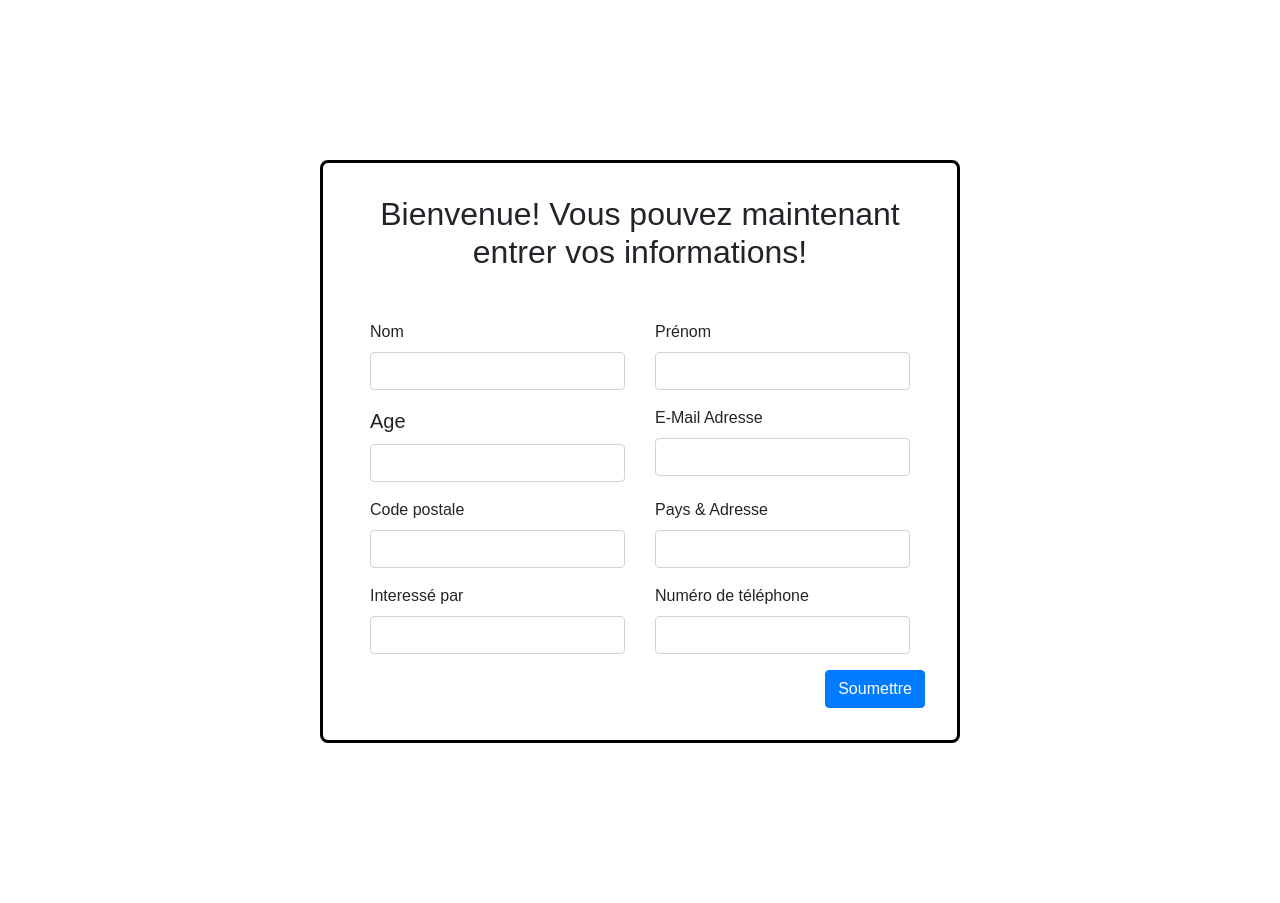
Repository: Aminox84/frontend-main
Page: /, after clicking the first element matching `button.btn`
An editor plug-in stored every save of this project. The page is shown before and after the next save, followed by the edit.
The browser window is 1280 px wide. The pictures show the whole page.
The project was rebuilt for these pictures with package versions that can differ from the ones it lists, and the page was loaded fresh each time.

Above is the page before, as saved 2022-12-29 19:59:13.

After the next save:
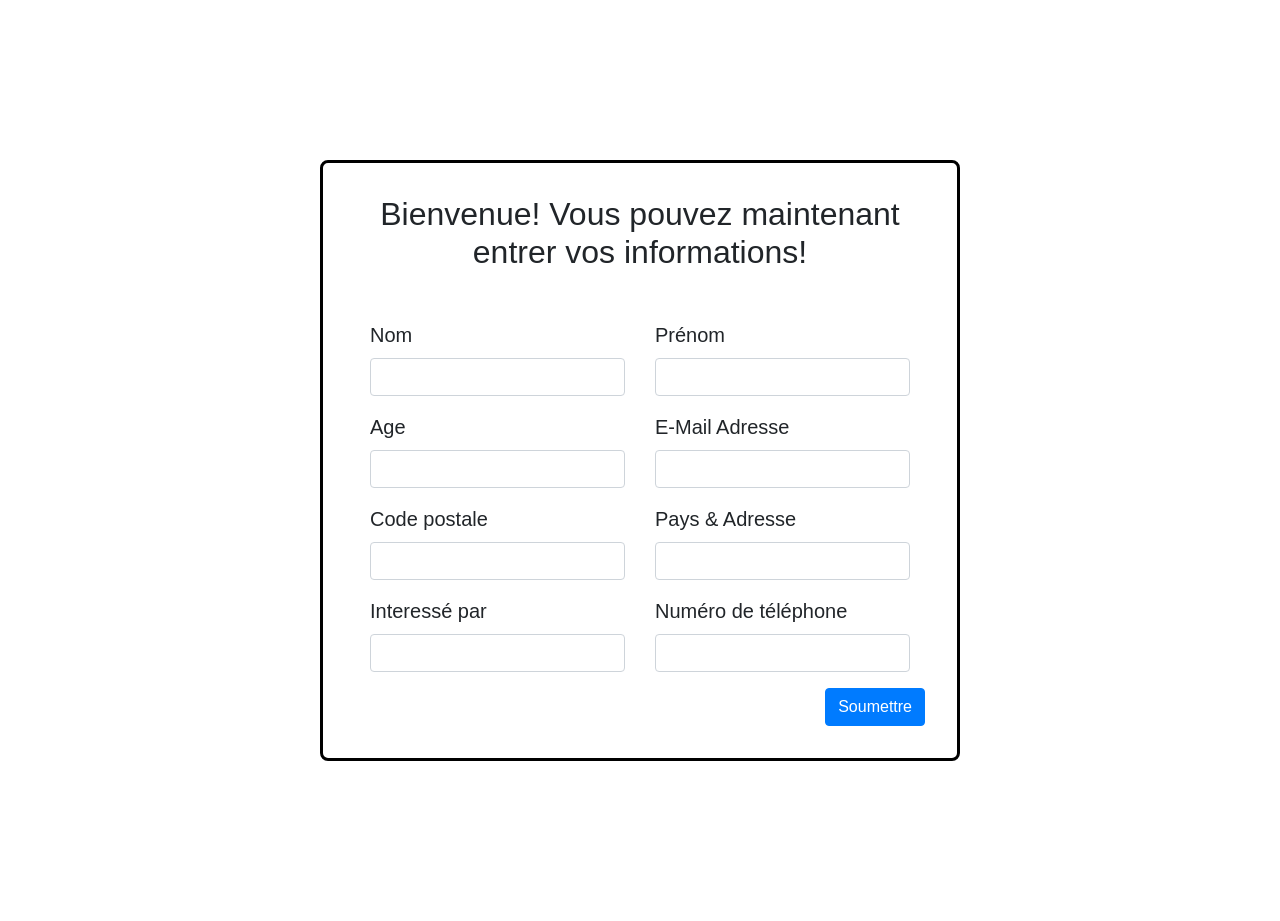
Saved 30 s later.
--- a/src/userForm.tsx
+++ b/src/userForm.tsx
@@ -8,7 +8,7 @@ export function UserForm() {
   <div className="row">
     <div className="col">
     <div className="form-group">
-          <label htmlFor="exampleInputPassword1">Nom</label>
+          <label style={{fontSize:"20px"}} htmlFor="exampleInputPassword1">Nom</label>
           <input
             type="text"
             className="form-control"
@@ -18,7 +18,7 @@ export function UserForm() {
     </div>
     <div className="col">
     <div className="form-group">
-          <label htmlFor="exampleInputPassword1">Prénom</label>
+          <label style={{fontSize:"20px"}} htmlFor="exampleInputPassword1">Prénom</label>
           <input
             type="text"
             className="form-control"
@@ -40,7 +40,7 @@ export function UserForm() {
     </div>
     <div className="col">
     <div className="form-group">
-          <label htmlFor="exampleInputPassword1">E-Mail Adresse</label>
+          <label style={{fontSize:"20px"}} htmlFor="exampleInputPassword1">E-Mail Adresse</label>
           <input
             type="text"
             className="form-control"
@@ -52,7 +52,7 @@ export function UserForm() {
   <div className="row">
     <div className="col">
     <div className="form-group">
-          <label htmlFor="exampleInputPassword1">Code postale</label>
+          <label style={{fontSize:"20px"}} htmlFor="exampleInputPassword1">Code postale</label>
           <input
             type="text"
             className="form-control"
@@ -62,7 +62,7 @@ export function UserForm() {
     </div>
     <div className="col">
     <div className="form-group">
-          <label htmlFor="exampleInputPassword1">Pays & Adresse</label>
+          <label style={{fontSize:"20px"}} htmlFor="exampleInputPassword1">Pays & Adresse</label>
           <input
             type="text"
             className="form-control"
@@ -74,7 +74,7 @@ export function UserForm() {
   <div className="row">
     <div className="col">
     <div className="form-group">
-          <label htmlFor="exampleInputPassword1">Interessé par</label>
+          <label style={{fontSize:"20px"}} htmlFor="exampleInputPassword1">Interessé par</label>
           <input
             type="text"
             className="form-control"
@@ -84,7 +84,7 @@ export function UserForm() {
     </div>
     <div className="col">
     <div className="form-group">
-          <label htmlFor="exampleInputPassword1">Numéro de téléphone</label>
+          <label style={{fontSize:"20px"}} htmlFor="exampleInputPassword1">Numéro de téléphone</label>
           <input
             type="text"
             className="form-control"
